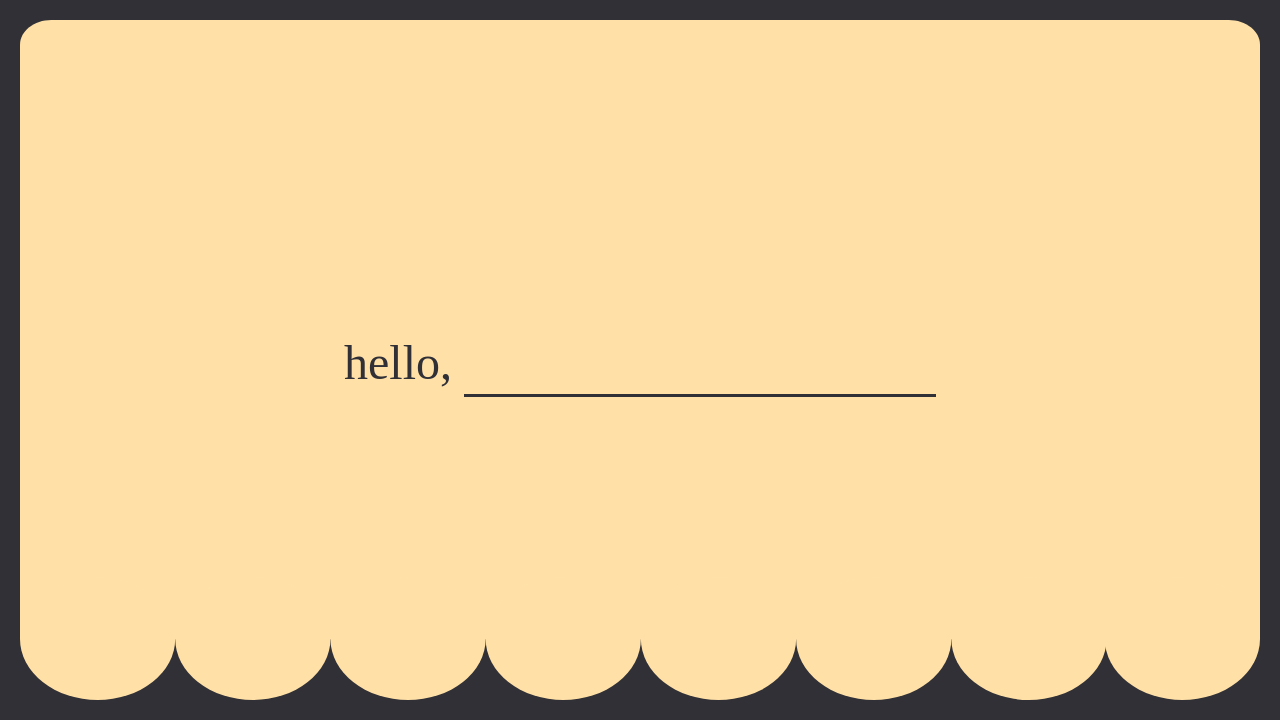
Repository: zhangolivia7/rot-recovery
Page: /
These files come from the project's save history. The page is drawn as it stood at one moment and after the next save; the edit follows.
The browser window is 1280 px wide. The pictures show the whole page.
Some web fonts or font styles are not loaded; a fallback is used. The project was rebuilt for these pictures with package versions that can differ from the ones it lists, and the page was loaded fresh each time. The framework's server and built-in components were replaced by stand-ins that run in the browser. Also part of the build but not shown: next.config.ts.

Above is the page before, as saved 2025-03-29 18:18:43.

After the next save:
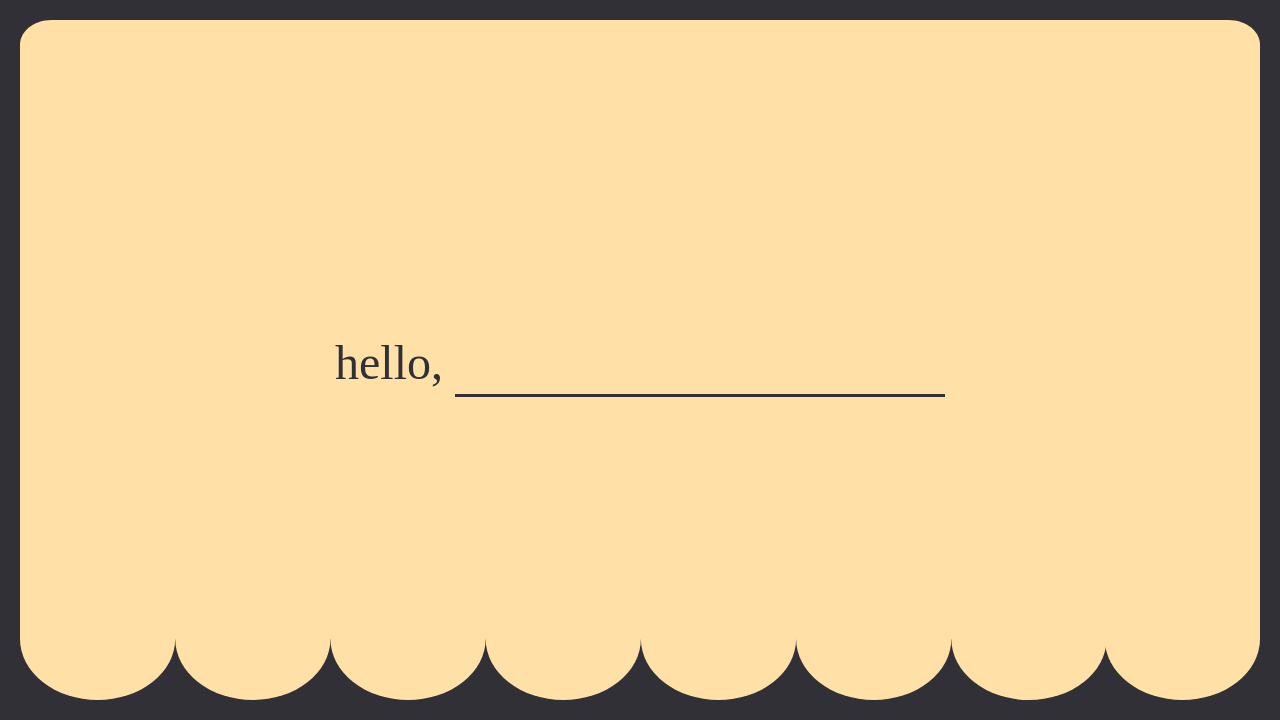
Saved 11 s later.
--- a/src/app/globals.css
+++ b/src/app/globals.css
@@ -79,6 +79,6 @@ h1 {
 
 #s1 input {
   font-family: "Nobile", sans-serif;
-  font-weight: 500;
+  font-weight: 700;
   font-style: italic;
 }
